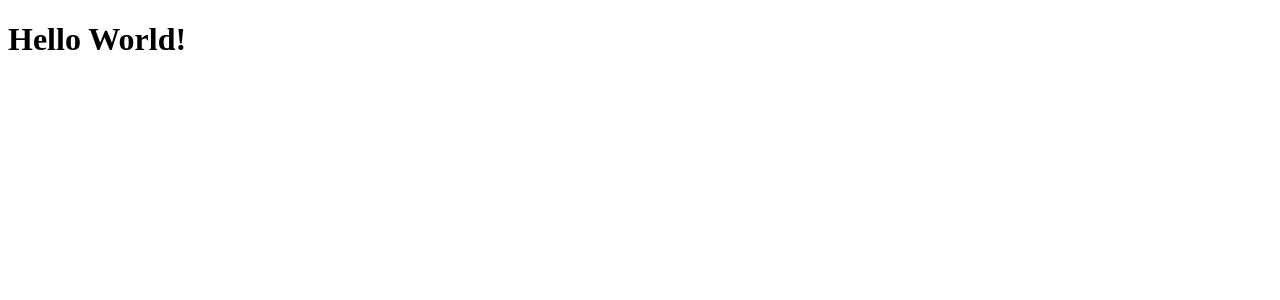
Repository: HaeunOh/study
Page: http://localhost/jsp_study/
The author's editor kept a copy of each file at every save. The page is drawn from the files as they stood at one save, then again after the next save.
The browser window is 1280 px wide. The pictures show the whole page.
The page is served by Tomcat 9. Other server files are loaded and not shown.

Above is the page before, as saved 2024-04-11 09:03:53.

### _jsp_workspace/jsp_study/src/main/webapp/index.jsp
<%@ page language="java" contentType="text/html; charset=UTF-8"
    pageEncoding="UTF-8"%>
<!DOCTYPE html>
<html>
<head>
<meta charset="UTF-8">
<title>Insert title here</title>
</head>
<body>
	<h1>Hello World!</h1>
</body>
</html>

After the next save:
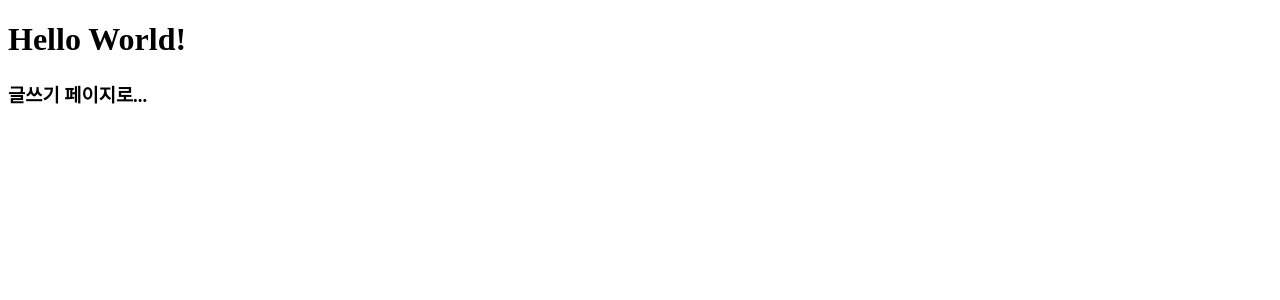
Saved 7 min 39 s later.
--- a/_jsp_workspace/jsp_study/src/main/webapp/index.jsp
+++ b/_jsp_workspace/jsp_study/src/main/webapp/index.jsp
@@ -8,5 +8,8 @@
 </head>
 <body>
 	<h1>Hello World!</h1>
+	<h3>
+		<a herf="/brd/register">글쓰기 페이지로...</a>
+	</h3>
 </body>
 </html>
